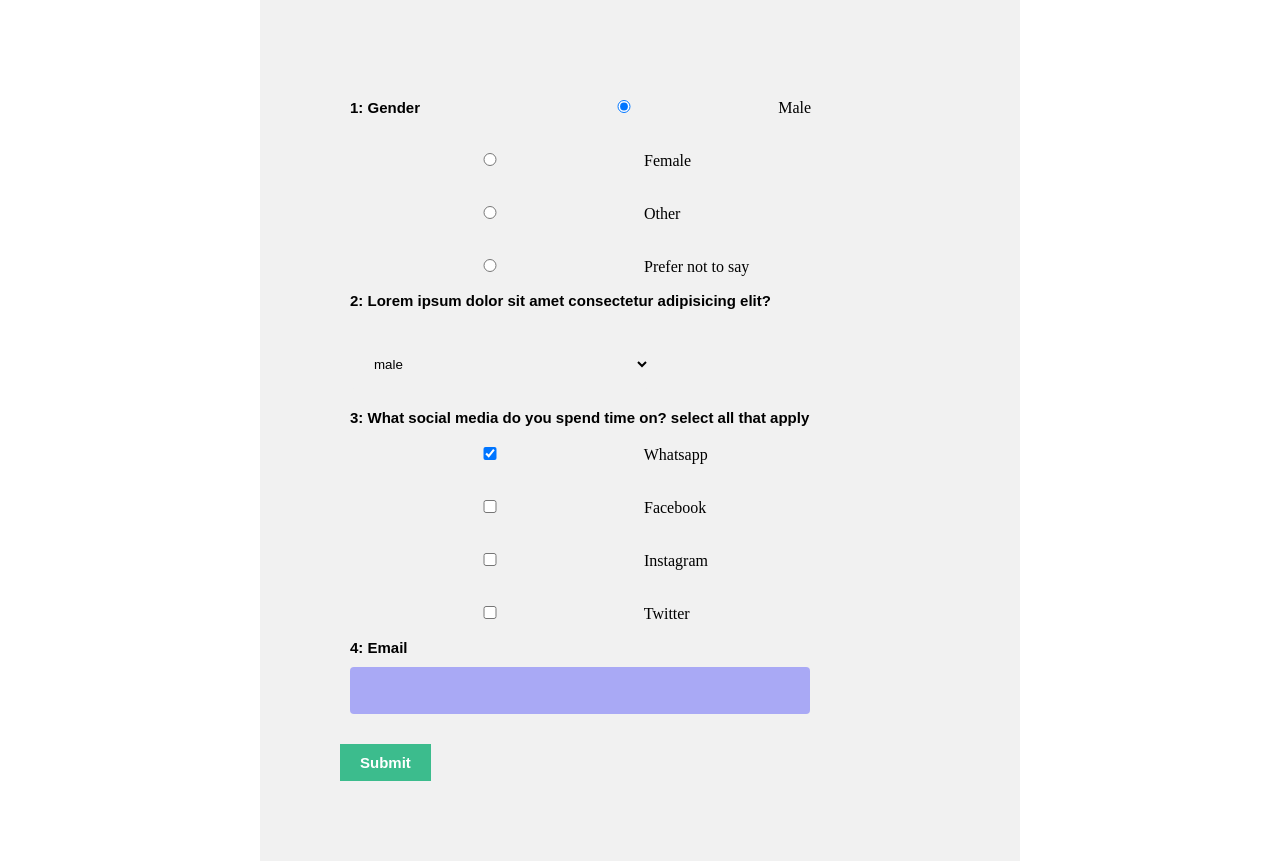
Repository: Grace229/Hasob-form
Page: index.html
An editor plug-in stored every save of this project. The page is shown before and after a run of saves, followed by the edit.
The browser window is 1280 px wide. The pictures show the whole page.

Above is the page before, as saved 2020-12-27 21:10:42.

### index.html
<!DOCTYPE html>
<html lang="en">
<head>
    <meta charset="UTF-8">
    <meta name="viewport" content="width=device-width, initial-scale=1.0">
    <title>Document</title>
    <link rel="stylesheet" href="style.css">
</head>
<body>
    <form>
        <!-- radio button -->
        <div>
            <label class="question" for="">1: Gender </label>
                <input type="radio" name="gender" value="male" class="input" checked>
                <label> Male</label>
                <input type="radio" name="gender" value="male" class="input">
                <label> Female</label>
                <input type="radio" name="gender" value="male" class="input">
                <label> Other</label>
                <input type="radio" name="gender" value="male" class="input">
                <label> Prefer not to say</label>

        </div>
        <!-- dropdown -->
        <div>
            <label  class="question" for="">2: Lorem ipsum dolor sit amet consectetur adipisicing elit? </label>
               <select name="grace" id="input">
                   <option value="male" class="check">
                    <label> male</label>
                   </option>
                   <option value="male" class="check">
                    <label> male</label>
                   </option>
                   <option value="male" class="check">
                    <label> male</label>
                   </option>
                   <option value="male" class="check">
                    <label> male</label>
                   </option>
               </select>
        </div>
        <!-- checkboxes -->
           <div>
            <label  class="question" for="">3: What social media do you spend time on? select all that apply</label>
               <input type="checkbox" name="gender" value="male" class="input" checked>
               <label> Whatsapp</label>
                <input type="checkbox" name="gender" value="male" class="input">
                <label> Facebook</label>
                <input type="checkbox" name="gender" value="male" class="input">
                <label> Instagram</label>
                <input type="checkbox" name="gender" value="male" class="input">
                <label> Twitter</label>
        </div>
        <!-- textbox -->
        <div>
            <label  class="question" for=""> 4: Email</label>
            <input type="email" name="email" id="email">
        </div>

        <div>
          <button class="btn"> Submit </button>
        </div>
   </form>
</body>
</html>

### style.css
*{
    padding: 0;
    margin: 0;
}
.question{
    font-size: 15px;
    font-weight: bold;
    font-family: sans-serif;
    margin: 10px 50px 10px 10px;
}

.input{
    width: 50%;
    margin: 20px 0px 20px 0px;
    cursor: pointer;

}
.check{
    border: solid 1px black;
}
#input{
    width: 50%;
    margin: 30px 10px 20px 10px;
    border: none;
}
select{
    border: 1px  solid black;
    background-color:#f1f1f1;
    padding: 16px 20px;
    border-radius: 4px;
}
option{
    border: 1px solid black;
    font-size:  15px;
}
form{
    width: 600px;
    margin: auto;
    background-color: #f1f1f1;
    padding: 80px;
}
#email{
    width: 70%;
    margin: 10px 10px 30px 10px;
    border: none;
    background-color: rgb(169, 169, 245);
    padding: 16px 20px;
    border-radius: 4px;
    cursor: pointer;
}
#email:focus{
    background-color: #ffffff;
    font-size: 20px;

}
.btn{
    cursor: pointer;
    display: inline-block;
    border: 0;
    font-weight: bold;
    padding: 10px 20px;
    background: #3CBC8D;
    color: #fff;
    font-size: 15px;
}

.btn:hover{
opacity: 0.9;
}

After the next 3 saves:
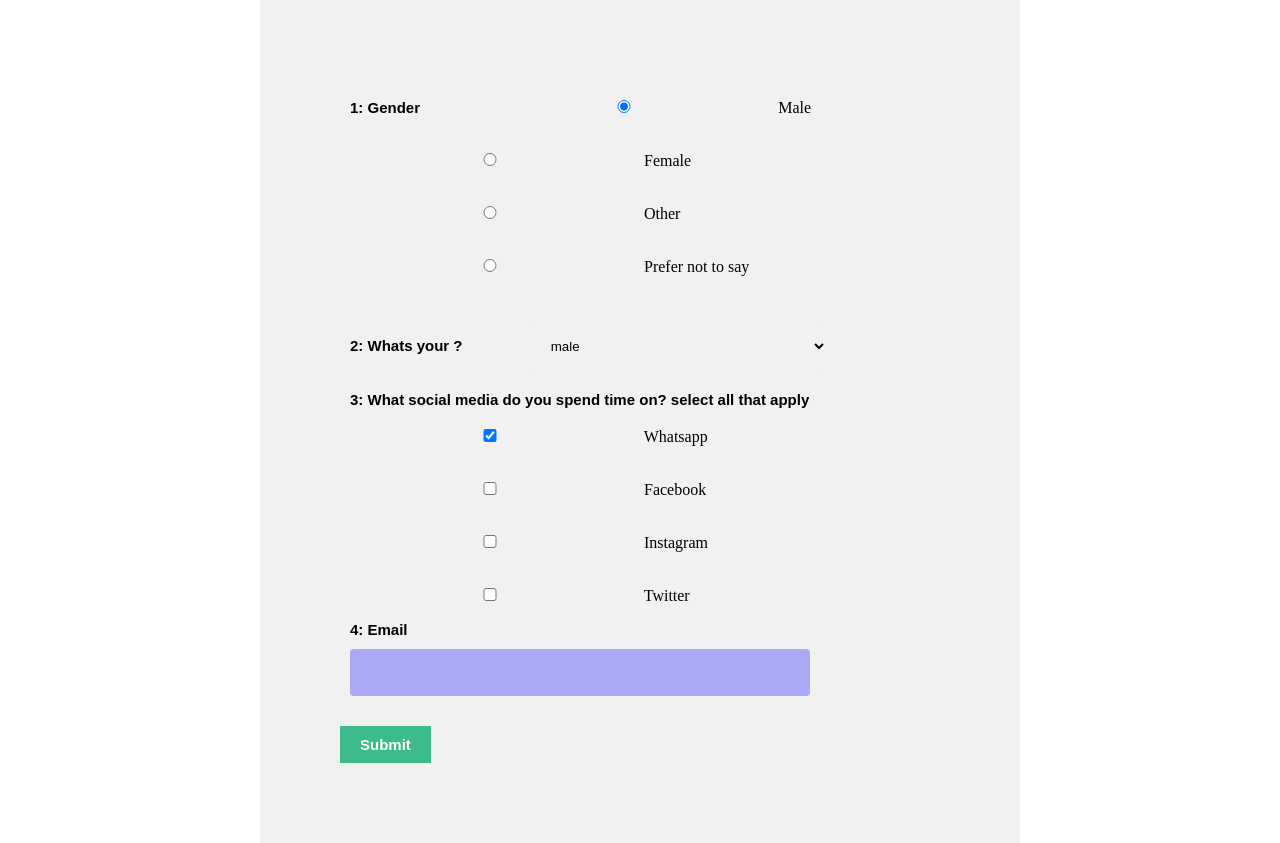
The 3 saves are shown as one change because they came seconds apart.
The last was saved 35 s later.
--- a/index.html
+++ b/index.html
@@ -23,7 +23,7 @@
         </div>
         <!-- dropdown -->
         <div>
-            <label  class="question" for="">2: Lorem ipsum dolor sit amet consectetur adipisicing elit? </label>
+            <label  class="question" for="">2: Whats your ? </label>
                <select name="grace" id="input">
                    <option value="male" class="check">
                     <label> male</label>
